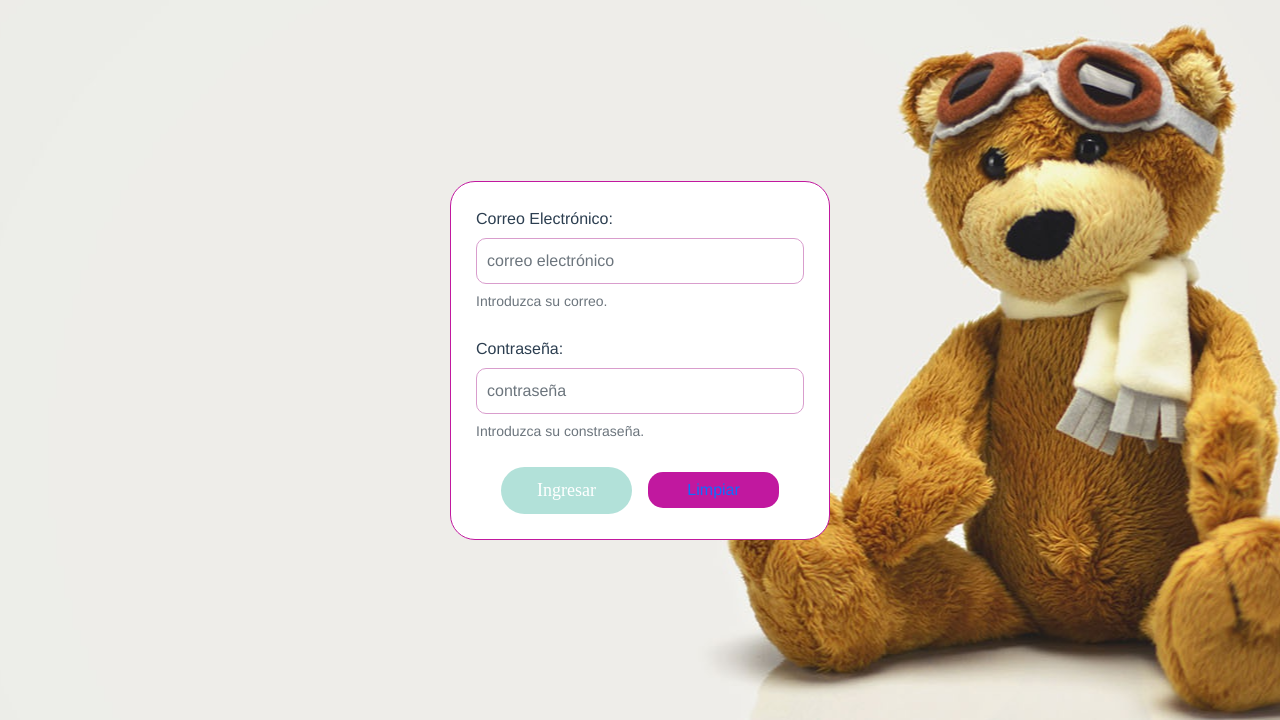
Repository: Darigo30/prueba-jugueteria
Page: /
The author's editor kept a copy of each file at every save. The page is drawn from the files as they stood at one save, then again after the next save.
The browser window is 1280 px wide. The pictures show the whole page.
Some web fonts or font styles are not loaded; a fallback is used. The project was rebuilt for these pictures with package versions that can differ from the ones it lists, and the page was loaded fresh each time. Also part of the build but not shown: src/components/Editar.vue, src/components/Tabla.vue, src/components/Agregar.vue, src/views/Home.vue.

Above is the page before, as saved 2021-05-30 21:29:03.

### public/index.html
<!DOCTYPE html>
<html lang="">
  <head>
    <meta charset="utf-8">
    <meta http-equiv="X-UA-Compatible" content="IE=edge">
    <meta name="viewport" content="width=device-width,initial-scale=1.0">
    <link rel="icon" href="<%= BASE_URL %>favicon.ico">
    <link rel="preconnect" href="https://fonts.gstatic.com">
    <link href="https://fonts.googleapis.com/css2?family=Londrina+Solid:wght@300;400;900&display=swap" rel="stylesheet">
    <title><%= htmlWebpackPlugin.options.title %></title>
  </head>
  <body>
    <noscript>
      <strong>We're sorry but <%= htmlWebpackPlugin.options.title %> doesn't work properly without JavaScript enabled. Please enable it to continue.</strong>
    </noscript>
    <div id="app"></div>
    <!-- built files will be auto injected -->
  </body>
</html>

### src/main.js
import Vue from "vue";
import App from "./App.vue";
import router from "./router";
import store from "./store";
import { BootstrapVue, IconsPlugin } from "bootstrap-vue";

import "bootstrap/dist/css/bootstrap.css";
import "bootstrap-vue/dist/bootstrap-vue.css";

Vue.use(BootstrapVue);
Vue.use(IconsPlugin);

Vue.config.productionTip = false;

import firebase from "firebase";
import { firebaseConfig } from "../firebase";

firebase.initializeApp(firebaseConfig);

router.beforeEach((to, from, next) => {
  const isAuthenticated = localStorage.getItem("login");

  if (to.name !== "Login" && isAuthenticated !== "logueado")
    next({ name: "Login" });
  else if (to.name === "Login" && isAuthenticated === "logueado")
    next({ name: "Home" });
  else next();
});

new Vue({
  router,
  store,
  render: (h) => h(App),
}).$mount("#app");

### src/App.vue
<template>
  <div id="app">
    <router-view />
  </div>
</template>

<script>
import { mapActions } from "vuex";

export default {
  name: "App",
  methods: {
    ...mapActions(["getProductos"]),
  },
  created() {
    this.getProductos();
  },
};
</script>

<style lang="scss">
#app {
  font-family: Avenir, Helvetica, Arial, sans-serif;
  -webkit-font-smoothing: antialiased;
  -moz-osx-font-smoothing: grayscale;
  text-align: center;
  color: #2c3e50;
}

#nav {
  padding: 30px;

  a {
    font-weight: bold;
    color: #2c3e50;

    &.router-link-exact-active {
      color: #42b983;
    }
  }
}
</style>

### src/router/index.js
import Vue from "vue";
import VueRouter from "vue-router";
import Home from "../views/Home.vue";

Vue.use(VueRouter);

const routes = [
  {
    path: "/",
    name: "Home",
    component: Home,
  },
  {
    path: "/about",
    name: "About",
    // route level code-splitting
    // this generates a separate chunk (about.[hash].js) for this route
    // which is lazy-loaded when the route is visited.
    component: () =>
      import(/* webpackChunkName: "about" */ "../views/About.vue"),
  },
  {
    path: "/login",
    name: "Login",
    component: () =>
      import(/* webpackChunkName: "login" */ "../views/Login.vue"),
  },
];


const router = new VueRouter({
  mode: "history",
  base: process.env.BASE_URL,
  routes,
});

export default router;

### src/store/index.js
import Vue from "vue";
import Vuex from "vuex";
import firebase from "firebase";
import router from "@/router"

Vue.use(Vuex);

export default new Vuex.Store({
  state: {
    productos: [],
    titulos: [
      {
        label: "Código",
        key: "codigo",
      },
      {
        label: "Producto",
        key: "nombre",
      },
      {
        label: "Stock",
        key: "stock",
      },
      {
        label: "Precio",
        key: "precio",
      },
      {
        key: "actions",
        label: "Acciones",
      },
    ],
    editar: false,
    jugueteEditar: {
      nombre: "",
      precio: "",
      codigo: "",
      id: "",
      stock: "",
    },
  },
  mutations: {
    guardarProductos(state, payload) {
      const juguete = payload;
      if (!juguete) return;
      state.productos.push(juguete);
    },
    borrarProducto(state, payload) {
      const juguete = payload;
      if (!juguete) return;
      let borradoFila = state.productos.filter(juguetex => juguetex.codigo != payload.codigo );
      state.productos = borradoFila;
      console.log(borradoFila);
    },
    booleanEditar(state) {
      state.editar = true;
    },
    editarJuguete(state, payload) {
      const juguete = payload;
      state.jugueteEditar = juguete;
    },
    agregarJugueteAlState(state, payload) {
      const existeJuguete = state.productos.find((juguetito) => juguetito.codigo === payload.codigo);
       // Si no existe ingresar a la base de datos.
       if (!existeJuguete) state.productos.push(payload);
    }
  },
  actions: {
    async getProductos({ commit }) {
      const db = firebase.firestore();
      try {
        const req = await db.collection("juguetes").get();
        if (req) {
          req.docs.forEach((juguete) => {
            const obj = juguete.data();
            const id = juguete.id;
            obj.id = id;
            commit("guardarProductos", obj);
          });
        }
      } catch (error) {
        console.log(error);
      }
    },
    async deleteProducto({ commit }, payload) {
      const juguete = payload;
      if (!juguete) return;
      const idFirebase = juguete.id;

      // Eliminar desde Firebase
      try {
        const db = firebase.firestore();
        const req = await db.collection("juguetes").doc(idFirebase).delete();
        console.log(req);
      } catch (error) {
        console.log(error);
      }

      // Eliminar desde Vuex
      commit("borrarProducto", juguete);
    },
    //actualizar tabla juguetes
    async updateProducto({ commit }, payload) {
      const juguete = payload;
      if (!juguete) return;
      const idFirebase = juguete.id;

      // Firebase
      try {
        const req = await firebase.firestore().collection("juguetes").doc(idFirebase).update({
            codigo: juguete.codigo,
            stock: juguete.stock,
            nombre: juguete.nombre,
            precio: juguete.precio
          });
        console.log(req);
      } catch (error) {
        console.log(error);
      }
      // Vuex
      commit();
    },
    //Agrego nuevo producto
    async crearNuevoProducto({ commit }, payload) {
      const nuevo = payload;
      if (!nuevo) return;
     // Actualizar el state
      commit("agregarJugueteAlState", nuevo);
      await firebase.firestore().collection("juguetes").add(nuevo);
    },
    cerrar(){
      localStorage.removeItem("login")
      firebase.auth().signOut()
      .then(() => {
          router.push('/login')
          .catch(error => {
            console.info(error)
         });
      });
  }
  },
  modules: {},
});

### firebase.js
// import firebase from "firebase";

const firebaseConfig = {
  apiKey: "AIzaSyDvwglZwsMT4GnbYgCJ6nH0Bmr47wSCZrA",
  authDomain: "bd-dari.firebaseapp.com",
  projectId: "bd-dari",
  storageBucket: "bd-dari.appspot.com",
  messagingSenderId: "200953098330",
  appId: "1:200953098330:web:2519dca58d3ee2c2336863",
  measurementId: "G-12NBXGDB2J"
};
export { firebaseConfig };

### src/views/Login.vue
<template>
<div class="bg">
   <b-container>
    <b-row style="height: 100vh">
      <b-col class="m-auto fo" cols="12" md="4">
        <b-form-group
          label="Correo Electrónico:"
          description="Introduzca su correo."
          class="text-start mb-4"
        >
          <b-form-input
            v-model="form.email"
            type="email"
            placeholder="correo electrónico"
          ></b-form-input>
        </b-form-group>

        <b-form-group
          label="Contraseña:"
          description="Introduzca su constraseña."
          class="text-start mb-4"
        >

          <b-form-input
            v-model="form.pass"
            type="password"
            placeholder="contraseña"
          ></b-form-input>
        </b-form-group>

        <b-button @click="login" variant="success" class="me-3 agr-ju"
          >Ingresar</b-button
        >
        <b-button @click="limpiar" variant="outline-primary" class="lim">Limpiar</b-button>
      </b-col>
    </b-row>
  </b-container>
</div>

</template>

<script>
import firebase from "firebase";

export default {
  name: "Login",
  data() {
    return {
      form: {
        email: "",
        pass: "",
      },
    };
  },
  methods: {
    async login() {
      try {
        if (!this.form && !this.form.email && !this.form.pass) return;
        const req = await firebase
          .auth()
          .signInWithEmailAndPassword(this.form.email, this.form.pass);
        console.log(req);
        // if (req && req != null) this.$router.push("/");

        if (req && req != null) {
          localStorage.setItem("login", "logueado");
          this.$router.push("/");
        }
      } catch (error) {
        const errorCode = error.code;
        const errorMessage = error.message;
        console.log("Código de Error", errorCode);
        console.log("Mensaje de Error", errorMessage);
      }
    },
    limpiar() {
      if (!this.form) return;
      this.form.email = "";
      this.form.pass = "";
    },
  },
};
</script>
<style scoped>
    .bg{
      background-image: url('../assets/osito.jpg');
      background-position: center;
      background-repeat: no-repeat;
  }
  .fo{
    background: #fff;
    padding: 25px;
    border: 1px solid #c1189f;
    border-radius: 25px;
  }

  .form-control{
    border: 1px solid #d99dcd;
    border-radius: 10px;
    margin: 5px 0;
    padding: 10px;
}
.agr-ju{
    background: #b2e1d9;
    border: 0;
    color: #fff;
    font-weight: 400;
    padding: 10px;
    font-size: 18px;
    border-radius: 28px;
    font-family: 'Londrina Solid';
    width: 40%;

}
.lim{
  background: #c1189f;
   border: none;
  border-radius: 15px;
  width: 40%;

}
</style>

After the next save:
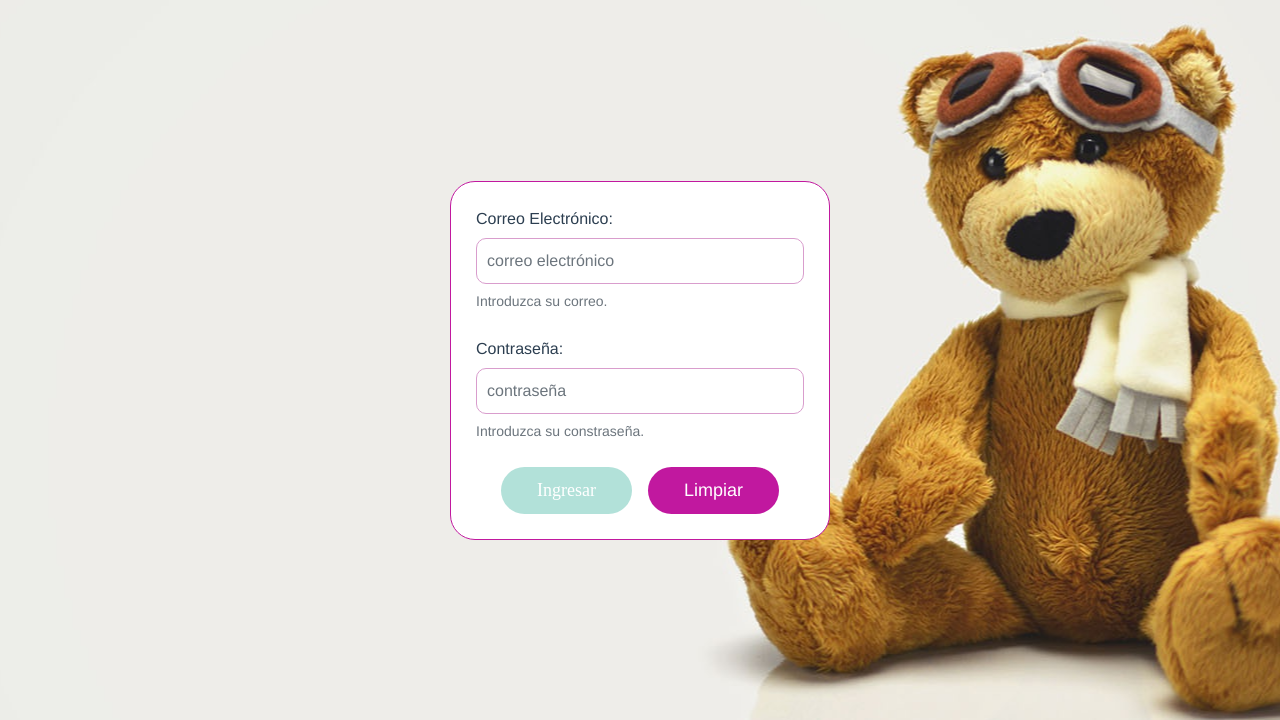
Saved 23 s later.
--- a/src/views/Login.vue
+++ b/src/views/Login.vue
@@ -115,7 +115,11 @@ export default {
 .lim{
   background: #c1189f;
    border: none;
-  border-radius: 15px;
+    color: #fff;
+    font-weight: 400;
+    padding: 10px;
+    font-size: 18px;
+    border-radius: 28px;
   width: 40%;
 
 }
